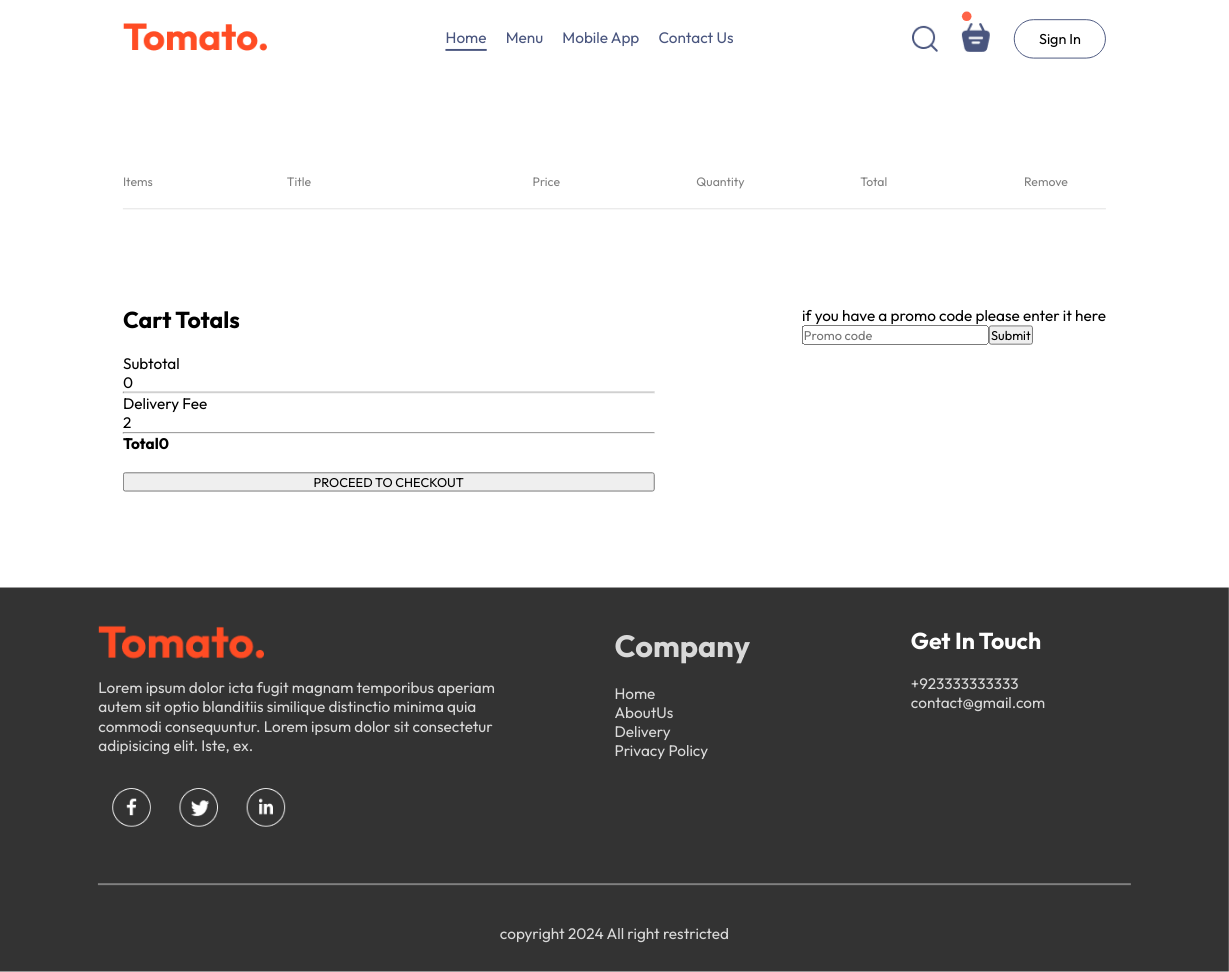
Repository: Attar786/Food-ordering-app
Page: /cart (app in frontend/)
These files come from the project's save history. The page is drawn as it stood at one moment and after the next save; the edit follows.
The browser window is 1280 px wide. The pictures show the whole page, at 96% of full size.
The project was rebuilt for these pictures with package versions that can differ from the ones it lists, and the page was loaded fresh each time. Also part of the build but not shown: frontend/vite.config.js, frontend/src/components/Header/Header.css, frontend/src/components/Header/Header.jsx, frontend/src/components/ExploreMenu/ExploreMenu.css, frontend/src/components/ExploreMenu/ExploreMenu.jsx, frontend/src/components/FoodDisplay/FoodDisplay.css, frontend/src/components/FoodItem/FoodItem.css, frontend/src/components/FoodItem/FoodItem.jsx and 8 more.

Above is the page before, as saved 2024-07-30 15:56:41.

After the next save:
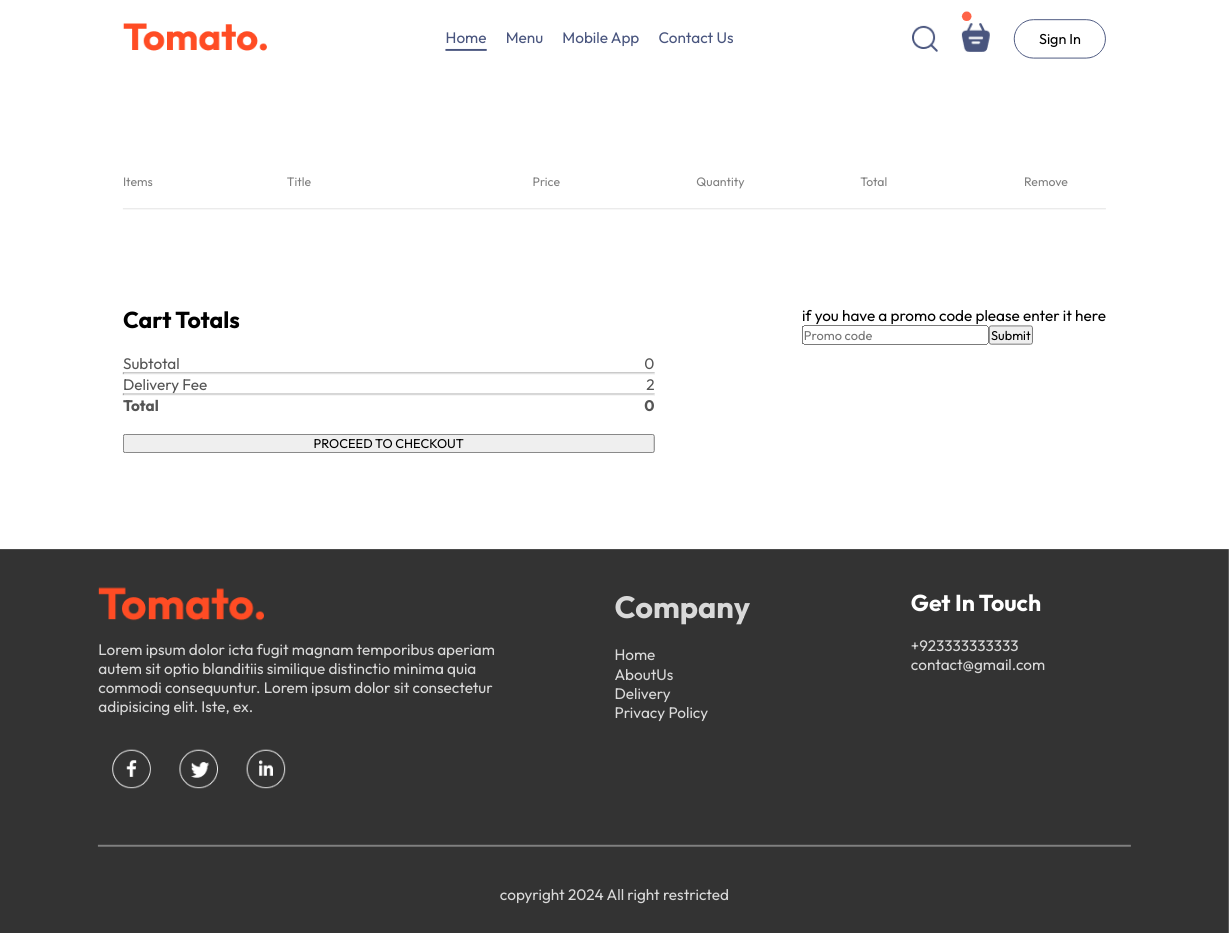
Saved 34 s later.
--- a/frontend/src/pages/Cart/Cart.css
+++ b/frontend/src/pages/Cart/Cart.css
@@ -38,7 +38,7 @@ gap: max(12vw,20px);
     flex-direction: column;
     gap: 20px;
 }
-.cart-total-disabls{
+.cart-total-details{
     display: flex;
     justify-content: space-between;
     color:#555;
